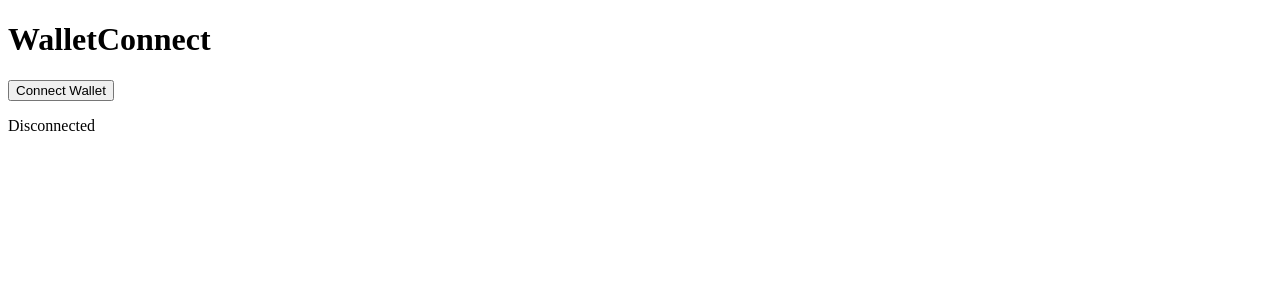
Repository: levannhat123/webconnect
Page: index.html
These files come from the project's save history. The page is drawn as it stood at one moment and after the next save; the edit follows.
The browser window is 1280 px wide. The pictures show the whole page.

Above is the page before, as saved 2024-11-12 08:59:51.

### index.html
<!DOCTYPE html>
<html lang="en">
<head>
    <meta charset="UTF-8">
    <meta name="viewport" content="width=device-width, initial-scale=1.0">
    <title>Smart Contract CRUD Example</title>
    <script src="https://cdn.jsdelivr.net/npm/web3@1.5.2/dist/web3.min.js"></script>
</head>
<body>
    <div id="content">
        <h1>WalletConnect</h1>
        <button id="connect-button">Connect Wallet</button>
        <p id="kq">Disconnected</p>

        <div id="actions" style="display: none;">
            <h2>Account Management</h2>
            <input type="text" id="name" placeholder="Name">
            <input type="text" id="walletAddress" placeholder="Wallet Address">
            <button onclick="createAccount()">Create Account</button><br><br>

            <input type="number" id="accountId" placeholder="Account ID">
            <button onclick="readAccount()">Read Account</button>
            <button onclick="updateAccount()">Update Account</button>
            <button onclick="deleteAccount()">Delete Account</button>
            <p id="result"></p>
        </div>
    </div>

    <script>
        const contractABI = [ /* Paste your contract's ABI JSON here */ ];
        const contractAddress = '0xYourDeployedContractAddress';
        let web3;
        let account;
        let contract;

        async function connectWallet() {
            if (window.ethereum) {
                web3 = new Web3(window.ethereum);
                try {
                    const accounts = await ethereum.request({ method: 'eth_requestAccounts' });
                    account = accounts[0];
                    document.getElementById('kq').innerText = `Connected: ${account}`;
                    document.getElementById('actions').style.display = 'block';

                    contract = new web3.eth.Contract(contractABI, contractAddress);
                } catch (error) {
                    console.error("User rejected connection", error);
                }
            } else {
                alert('Please install MetaMask!');
            }
        }

        async function createAccount() {
            const name = document.getElementById('name').value;
            const walletAddress = document.getElementById('walletAddress').value;
            await contract.methods.createAccount(name, walletAddress).send({ from: account });
            document.getElementById('result').innerText = 'Account created successfully.';
        }

        async function readAccount() {
            const id = document.getElementById('accountId').value;
            const accountData = await contract.methods.readAccount(id).call();
            document.getElementById('result').innerText = `ID: ${accountData[0]}, Name: ${accountData[1]}, Address: ${accountData[2]}`;
        }

        async function updateAccount() {
            const id = document.getElementById('accountId').value;
            const name = document.getElementById('name').value;
            const walletAddress = document.getElementById('walletAddress').value;
            await contract.methods.updateAccount(id, name, walletAddress).send({ from: account });
            document.getElementById('result').innerText = 'Account updated successfully.';
        }

        async function deleteAccount() {
            const id = document.getElementById('accountId').value;
            await contract.methods.deleteAccount(id).send({ from: account });
            document.getElementById('result').innerText = 'Account deleted successfully.';
        }

        document.getElementById('connect-button').addEventListener('click', connectWallet);
    </script>
</body>
</html>

After the next save:
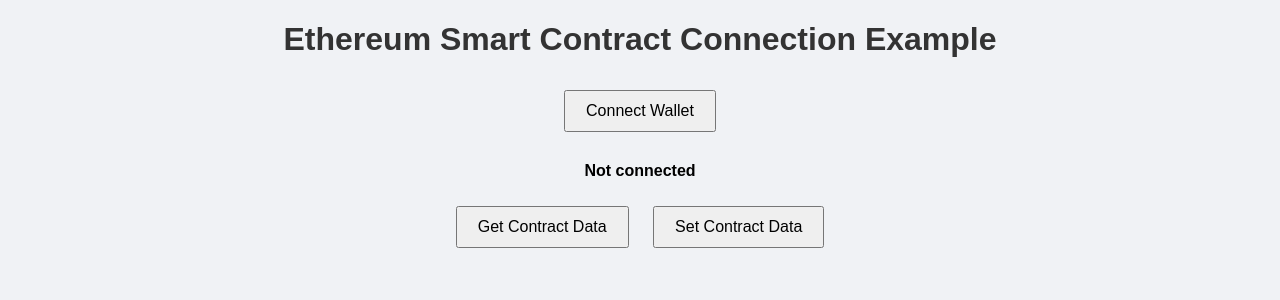
Saved 8 min 18 s later.
--- a/index.html
+++ b/index.html
@@ -3,82 +3,101 @@
 <head>
     <meta charset="UTF-8">
     <meta name="viewport" content="width=device-width, initial-scale=1.0">
-    <title>Smart Contract CRUD Example</title>
+    <title>Ethereum Smart Contract Connection</title>
+    <!-- Include Web3.js Library -->
     <script src="https://cdn.jsdelivr.net/npm/web3@1.5.2/dist/web3.min.js"></script>
+    <style>
+        body {
+            font-family: Arial, sans-serif;
+            text-align: center;
+            background-color: #f0f2f5;
+        }
+        h1, h2 {
+            color: #333;
+        }
+        #connect-button, #get-data-button, #set-data-button {
+            padding: 10px 20px;
+            font-size: 16px;
+            margin: 10px;
+            cursor: pointer;
+        }
+        #account-info, #contract-data {
+            margin-top: 20px;
+            font-weight: bold;
+        }
+    </style>
 </head>
 <body>
-    <div id="content">
-        <h1>WalletConnect</h1>
-        <button id="connect-button">Connect Wallet</button>
-        <p id="kq">Disconnected</p>
-
-        <div id="actions" style="display: none;">
-            <h2>Account Management</h2>
-            <input type="text" id="name" placeholder="Name">
-            <input type="text" id="walletAddress" placeholder="Wallet Address">
-            <button onclick="createAccount()">Create Account</button><br><br>
-
-            <input type="number" id="accountId" placeholder="Account ID">
-            <button onclick="readAccount()">Read Account</button>
-            <button onclick="updateAccount()">Update Account</button>
-            <button onclick="deleteAccount()">Delete Account</button>
-            <p id="result"></p>
-        </div>
-    </div>
+    <h1>Ethereum Smart Contract Connection Example</h1>
+    <button id="connect-button">Connect Wallet</button>
+    <p id="account-info">Not connected</p>
+    <button id="get-data-button">Get Contract Data</button>
+    <button id="set-data-button">Set Contract Data</button>
+    <p id="contract-data"></p>
 
     <script>
-        const contractABI = [ /* Paste your contract's ABI JSON here */ ];
-        const contractAddress = '0xYourDeployedContractAddress';
+        // Replace these with your contract details
+        const contractABI = [
+            // ... Paste your ABI JSON array here ...
+        ];
+        const contractAddress = "0xYourContractAddress";  // Replace with your contract address
+
+        // Variables
         let web3;
-        let account;
         let contract;
+        let userAccount;
 
+        // Connect to MetaMask
         async function connectWallet() {
             if (window.ethereum) {
                 web3 = new Web3(window.ethereum);
                 try {
-                    const accounts = await ethereum.request({ method: 'eth_requestAccounts' });
-                    account = accounts[0];
-                    document.getElementById('kq').innerText = `Connected: ${account}`;
-                    document.getElementById('actions').style.display = 'block';
+                    // Request account access
+                    const accounts = await window.ethereum.request({ method: 'eth_requestAccounts' });
+                    userAccount = accounts[0];
+                    document.getElementById('account-info').innerText = `Connected account: ${userAccount}`;
 
+                    // Initialize contract
                     contract = new web3.eth.Contract(contractABI, contractAddress);
+                    console.log("Contract initialized:", contract);
                 } catch (error) {
-                    console.error("User rejected connection", error);
+                    console.error("User denied account access or error occurred", error);
                 }
             } else {
-                alert('Please install MetaMask!');
+                alert("MetaMask is not installed. Please install MetaMask to use this dApp.");
             }
         }
 
-        async function createAccount() {
-            const name = document.getElementById('name').value;
-            const walletAddress = document.getElementById('walletAddress').value;
-            await contract.methods.createAccount(name, walletAddress).send({ from: account });
-            document.getElementById('result').innerText = 'Account created successfully.';
+        // Example: Read data from the contract
+        async function fetchContractData() {
+            if (contract) {
+                try {
+                    const data = await contract.methods.yourReadFunction().call();  // Replace with your read function
+                    document.getElementById('contract-data').innerText = `Contract Data: ${data}`;
+                } catch (error) {
+                    console.error("Error reading data from contract:", error);
+                }
+            }
         }
 
-        async function readAccount() {
-            const id = document.getElementById('accountId').value;
-            const accountData = await contract.methods.readAccount(id).call();
-            document.getElementById('result').innerText = `ID: ${accountData[0]}, Name: ${accountData[1]}, Address: ${accountData[2]}`;
+        // Example: Write data to the contract
+        async function setContractData() {
+            if (contract) {
+                try {
+                    const newData = "someNewData";  // Replace with the data you want to set
+                    await contract.methods.yourWriteFunction(newData).send({ from: userAccount });  // Replace with your write function
+                    alert("Data updated successfully.");
+                    fetchContractData();  // Refresh data after update
+                } catch (error) {
+                    console.error("Error writing data to contract:", error);
+                }
+            }
         }
 
-        async function updateAccount() {
-            const id = document.getElementById('accountId').value;
-            const name = document.getElementById('name').value;
-            const walletAddress = document.getElementById('walletAddress').value;
-            await contract.methods.updateAccount(id, name, walletAddress).send({ from: account });
-            document.getElementById('result').innerText = 'Account updated successfully.';
-        }
-
-        async function deleteAccount() {
-            const id = document.getElementById('accountId').value;
-            await contract.methods.deleteAccount(id).send({ from: account });
-            document.getElementById('result').innerText = 'Account deleted successfully.';
-        }
-
+        // Event Listeners
         document.getElementById('connect-button').addEventListener('click', connectWallet);
+        document.getElementById('get-data-button').addEventListener('click', fetchContractData);
+        document.getElementById('set-data-button').addEventListener('click', setContractData);
     </script>
 </body>
 </html>
